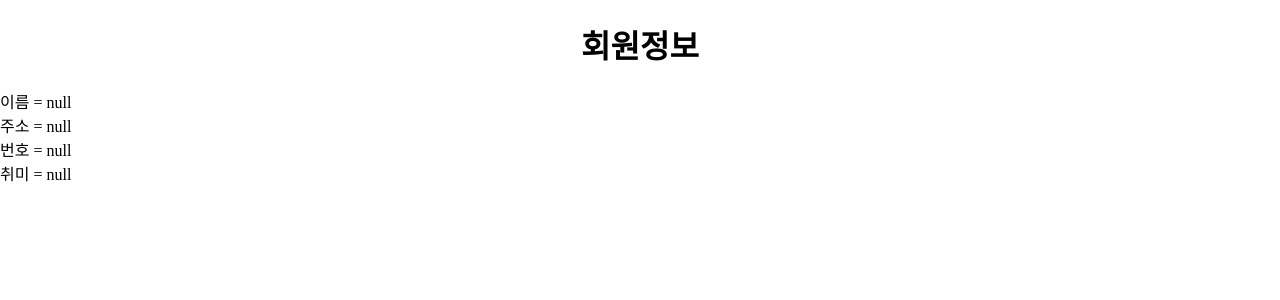
Repository: ssookkdduugg/jsp
Page: http://localhost/Hello/memResult.jsp
The author's editor kept a copy of each file at every save. The page is drawn from the files as they stood at one save, then again after the next save.
The browser window is 1280 px wide. The pictures show the whole page.
The page is served by Tomcat 9. Other server files are loaded and not shown.

Above is the page before, as saved 2023-09-19 05:33:51.

### Hello/src/main/webapp/memResult.jsp
<%@ page language="java" contentType="text/html; charset=UTF-8"
    pageEncoding="UTF-8"%>
<!DOCTYPE html>
<html>
<head>
<meta charset="UTF-8">
<title>Insert title here</title>
<style type="text/css">
		body{margin: auto;}
		div{
		width: 280px;
		margin: auto;
		}
		h1{
		text-align: center;
		}
</style>
</head>
<body>
<div></div>
<h1>회원정보</h1>
이름 = <%=request.getParameter("name") %><br>
주소 = <%=request.getParameter("addr") %><br>
번호 = <%=request.getParameter("num") %><br>
취미 = <%=request.getParameter("hobby") %><br>
</body>
</html>

After the next save:
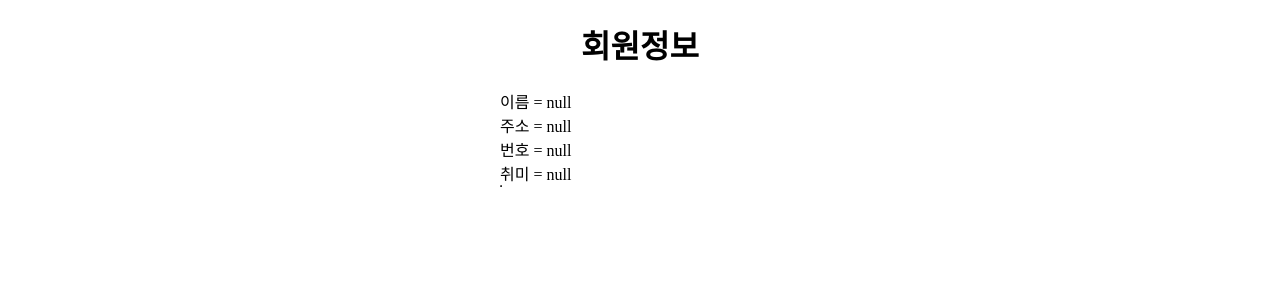
Saved 26 s later.
--- a/Hello/src/main/webapp/memResult.jsp
+++ b/Hello/src/main/webapp/memResult.jsp
@@ -17,11 +17,14 @@
 </style>
 </head>
 <body>
-<div></div>
+<div>
 <h1>회원정보</h1>
+<table border="1">
 이름 = <%=request.getParameter("name") %><br>
 주소 = <%=request.getParameter("addr") %><br>
 번호 = <%=request.getParameter("num") %><br>
 취미 = <%=request.getParameter("hobby") %><br>
+</table>
+</div>
 </body>
 </html>
